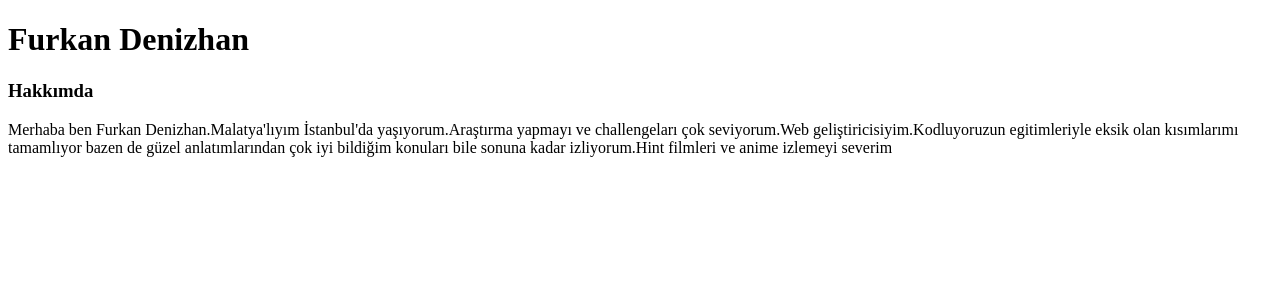
Repository: nevisende/homeworks
Page: 1-Html/index.html
These files come from the project's save history. The page is drawn as it stood at one moment and after the next save; the edit follows.
The browser window is 1280 px wide. The pictures show the whole page.

Above is the page before, as saved 2021-08-08 12:10:11.

### 1-Html/index.html
<!DOCTYPE html>
<html lang="en">
<head>
    <meta charset="UTF-8">
    <meta http-equiv="X-UA-Compatible" content="IE=edge">
    <meta name="viewport" content="width=device-width, initial-scale=1.0">
    <title>Ödev</title>
</head>
<body>
    <h1>Furkan Denizhan</h1>
    <h3>Hakkımda</h3>
    <p>Merhaba ben Furkan Denizhan.Malatya'lıyım İstanbul'da yaşıyorum.Araştırma yapmayı ve challengeları çok seviyorum.Web geliştiricisiyim.Kodluyoruzun egitimleriyle eksik olan kısımlarımı tamamlıyor bazen de güzel anlatımlarından çok iyi bildiğim konuları bile sonuna kadar izliyorum.Hint filmleri ve anime izlemeyi severim</p>

</body>
</html>

After the next save:
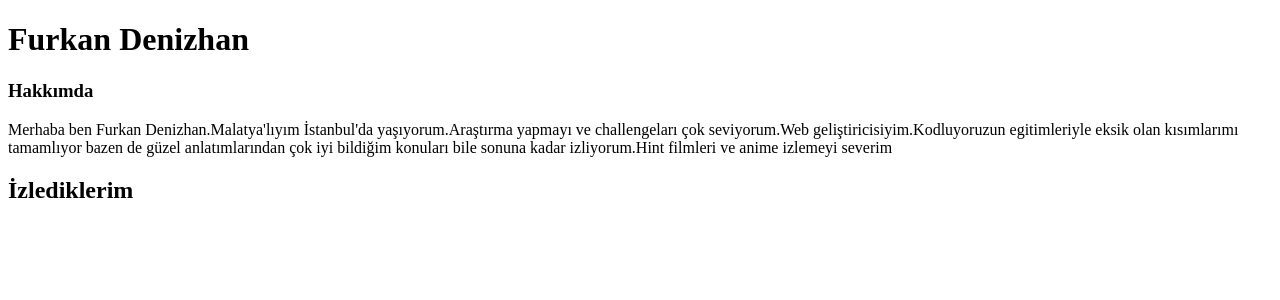
Saved 16 s later.
--- a/1-Html/index.html
+++ b/1-Html/index.html
@@ -11,5 +11,6 @@
     <h3>Hakkımda</h3>
     <p>Merhaba ben Furkan Denizhan.Malatya'lıyım İstanbul'da yaşıyorum.Araştırma yapmayı ve challengeları çok seviyorum.Web geliştiricisiyim.Kodluyoruzun egitimleriyle eksik olan kısımlarımı tamamlıyor bazen de güzel anlatımlarından çok iyi bildiğim konuları bile sonuna kadar izliyorum.Hint filmleri ve anime izlemeyi severim</p>
 
+    <h2>İzlediklerim</h2>
 </body>
 </html>
